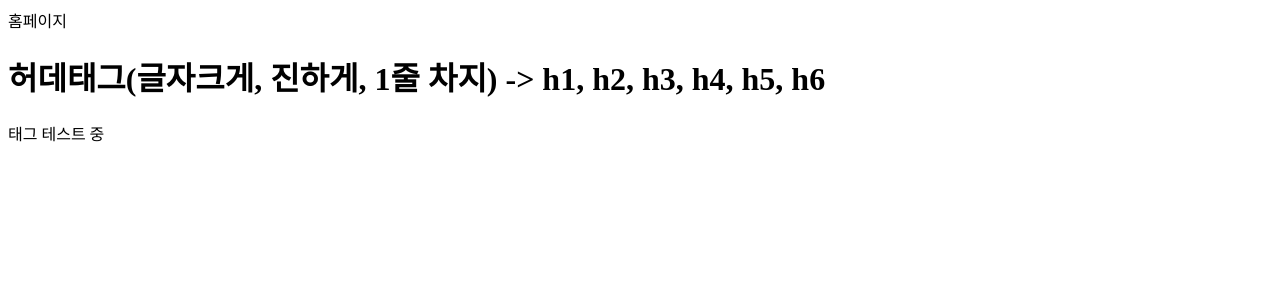
Repository: Seho0218/Webservice
Page: 03_HTML/worksapceWeb/WebApp/src/main/webapp/index.html
These files come from the project's save history. The page is drawn as it stood at one moment and after the next save; the edit follows.
The browser window is 1280 px wide. The pictures show the whole page.

Above is the page before, as saved 2022-07-05 05:45:01.

### 03_HTML/worksapceWeb/WebApp/src/main/webapp/index.html
<!DOCTYPE html>
<html>
<head>
<meta charset="UTF-8">
<title>제목</title>
</head>
<body>
	홈페이지
	<h1> 허데태그(글자크게, 진하게, 1줄 차지)
		->	h1, h2, h3, h4, h5, h6</h1>
	태그
	테스트
	중
</body>
</html>

After the next save:
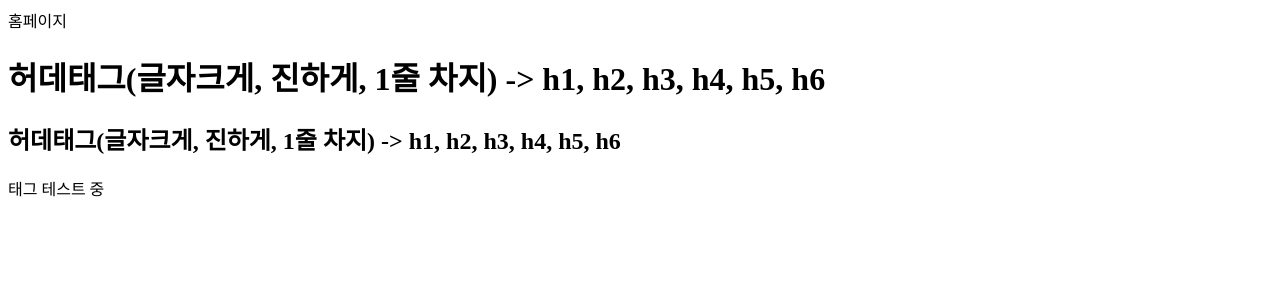
Saved 44 s later.
--- a/03_HTML/worksapceWeb/WebApp/src/main/webapp/index.html
+++ b/03_HTML/worksapceWeb/WebApp/src/main/webapp/index.html
@@ -8,6 +8,8 @@
 	홈페이지
 	<h1> 허데태그(글자크게, 진하게, 1줄 차지)
 		->	h1, h2, h3, h4, h5, h6</h1>
+		<h2> 허데태그(글자크게, 진하게, 1줄 차지)
+		->	h1, h2, h3, h4, h5, h6</h2>
 	태그
 	테스트
 	중
